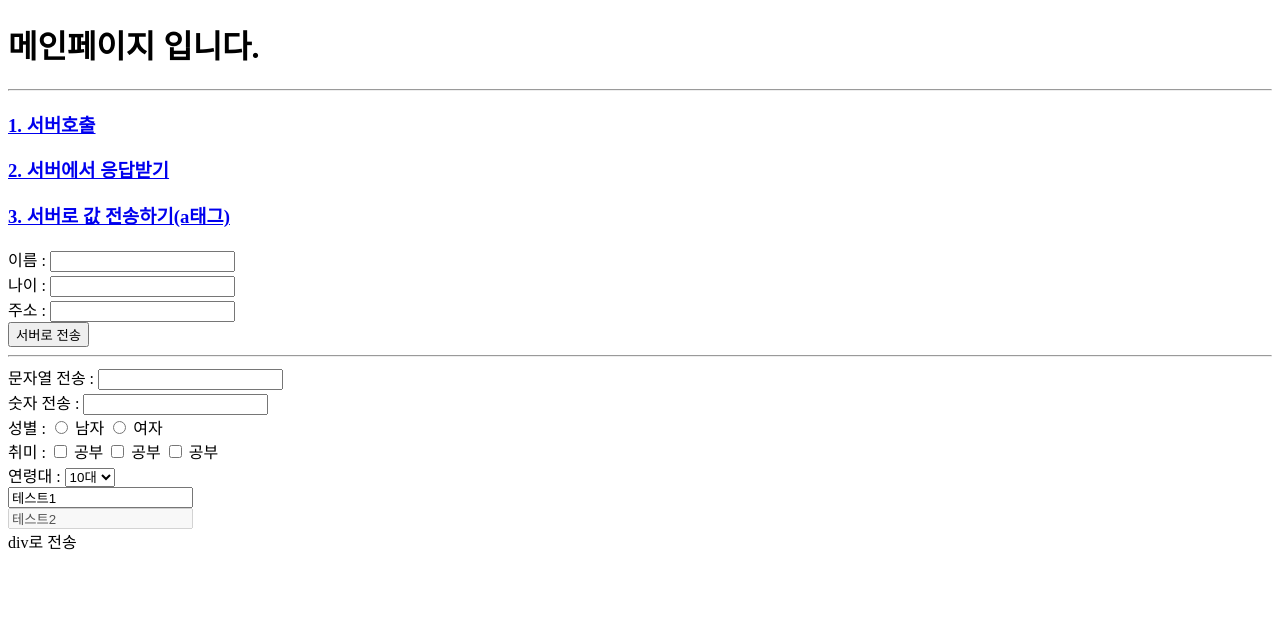
Repository: JWbase/Web_JAVA
Page: web-workspace/02_noDbProject/src/main/webapp/index.html
An editor plug-in stored every save of this project. The page is shown before and after the next save, followed by the edit.
The browser window is 1280 px wide. The pictures show the whole page.

Above is the page before, as saved 2022-08-29 07:53:42.

### web-workspace/02_noDbProject/src/main/webapp/index.html
<!DOCTYPE html>
<html>
<head>
<meta charset="UTF-8">
<title>Insert title here</title>
</head>
<body>
	<h1>메인페이지 입니다.</h1>
	<hr>
	<h3>
		<a href="/requestServer.do">1. 서버호출</a>
	</h3>
	<h3>
		<a href="/responseTest.do">2. 서버에서 응답받기</a>
	</h3>
	<h3>
		<a href="/sendData1.do?name=이정우&test=abc">3. 서버로 값 전송하기(a태그)</a>
	</h3>
	<form action="/sendData2.do" method="post">
		이름 : <input type="text" name="name"><br> 나이 : <input
			type="text" name="age"><br> 주소 : <input type="text"
			name="addr"><br> <input type="submit" value="서버로 전송">
	</form>
	<hr>
	<form action="/sendData3.do" method="post">
		문자열 전송 : <input type="text" name="str"><br> 숫자 전송 : <input
			type="text" name="num"><br> 성별 : <input type="radio"
			name="gender" value="남" id="m"> <label for="m">남자</label> <input
			type="radio" name="gender" value="여" id="f"> <label for="f">여자</label>
		<br> 취미 : <input type="checkbox" name="hobby" value="공부"
			id="study"> <label for="study">공부</label> <input
			type="checkbox" name="hobby" value="독서" id="book"> <label
			for="book">공부</label> <input type="checkbox" name="hobby" value="잠"
			id="sleep"> <label for="sleep">공부</label> <br> 연령대 : <select
			name="age">
			<option value="10">10대</option>
			<option value="20">20대</option>
			<option value="30">30대</option>
			<option value="40">40대</option>
		</select> <br>
		<input type="hidden" name="hiddenData" value="히든데이터">
		<input type="text" name="input1" value="테스트1" readonly><br>
		<input type="text" name="input2" value="테스트2" disabled><br>
		<div name="test3" value="테스트3">div로 전송</div>
	</form>
</body>
</html>

After the next save:
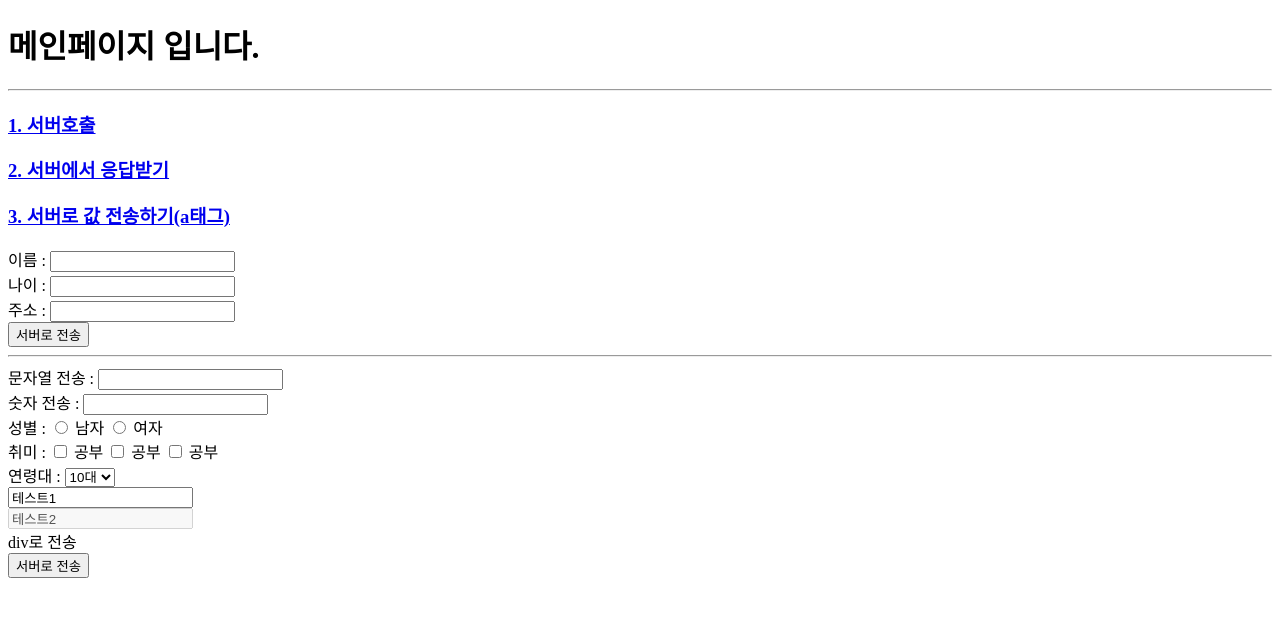
Saved 46 s later.
--- a/web-workspace/02_noDbProject/src/main/webapp/index.html
+++ b/web-workspace/02_noDbProject/src/main/webapp/index.html
@@ -42,6 +42,7 @@
 		<input type="text" name="input1" value="테스트1" readonly><br>
 		<input type="text" name="input2" value="테스트2" disabled><br>
 		<div name="test3" value="테스트3">div로 전송</div>
+		<input type="submit" value="서버로 전송">
 	</form>
 </body>
 </html>
